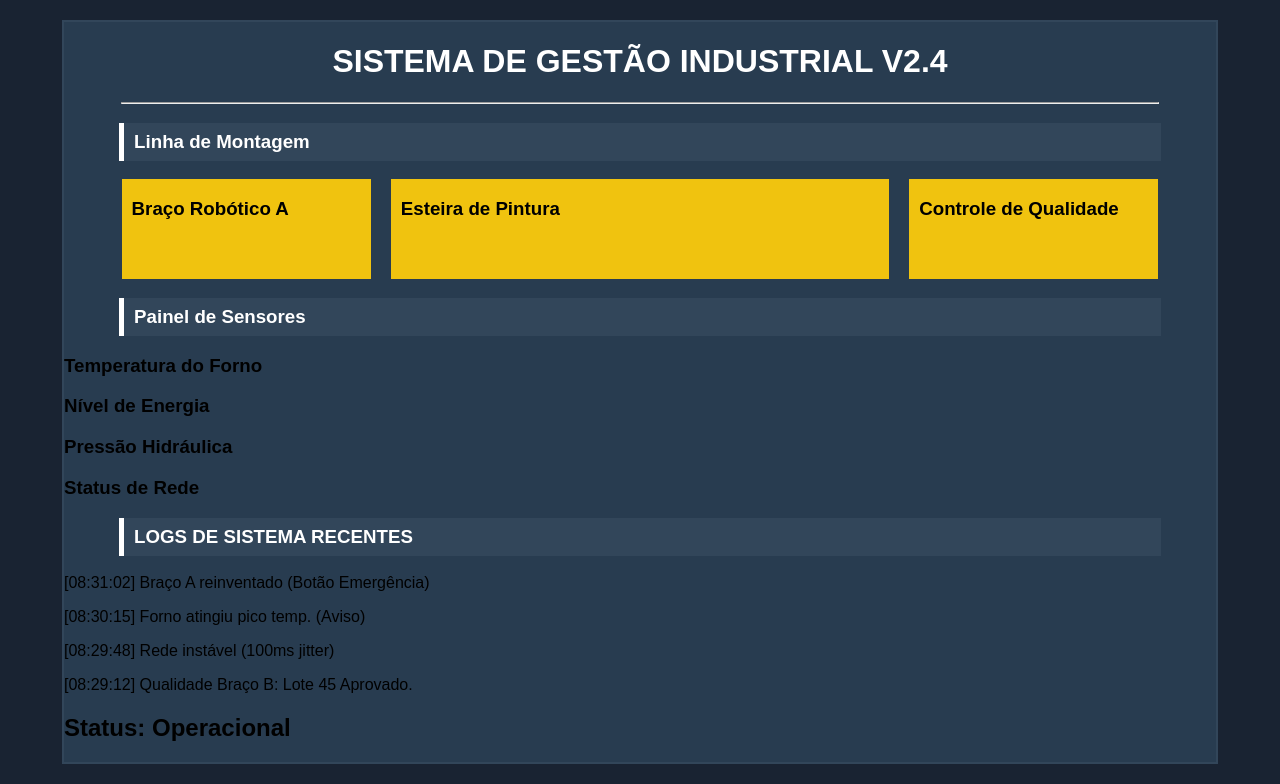
Repository: DanielEDapper/Front-WEG
Page: ProfeIgor/Aula5 - Dashboard Industrial/index.html
These files come from the project's save history. The page is drawn as it stood at one moment and after the next save; the edit follows.
The browser window is 1280 px wide. The pictures show the whole page.
Some icons come from a web library that is not loaded, so they are not drawn.

Above is the page before, as saved 2026-05-29 19:37:35.

After the next save:
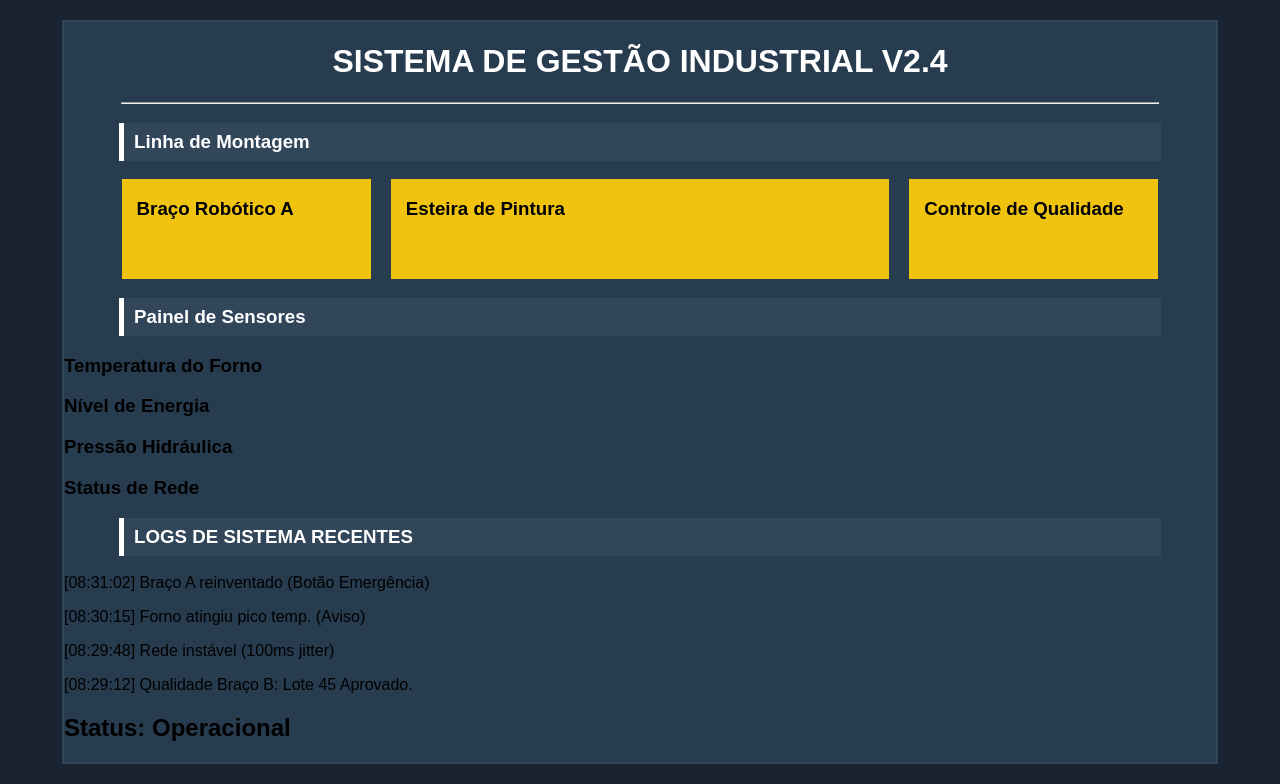
Saved 11 s later.
--- a/ProfeIgor/Aula5 - Dashboard Industrial/style.css
+++ b/ProfeIgor/Aula5 - Dashboard Industrial/style.css
@@ -68,7 +68,7 @@ hr{
 }
 
 .card h3{
-    padding: 0px 0px 0px 10px;
+    padding: 0px 0px 0px 15px;
 }
 
 .card:nth-child(1){
